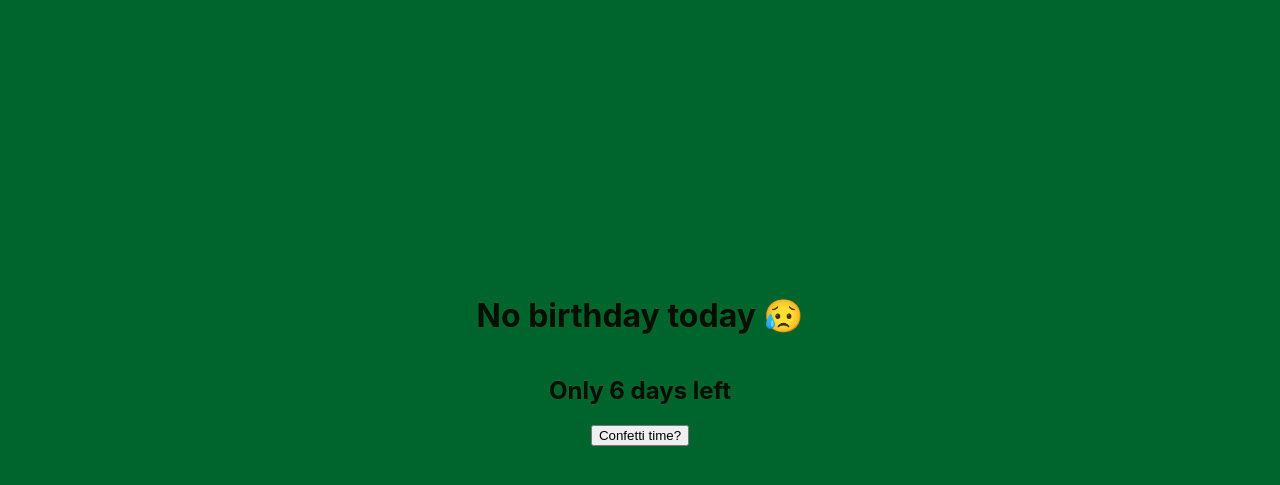
Repository: David-Waite/HannahsBirthdayWebsite
Page: /
An editor plug-in stored every save of this project. The page is shown before and after the next save, followed by the edit.
The browser window is 1280 px wide. The pictures show the whole page.
The project was rebuilt for these pictures with package versions that can differ from the ones it lists, and the page was loaded fresh each time.

Above is the page before, as saved 2023-03-30 18:17:40.

After the next save:
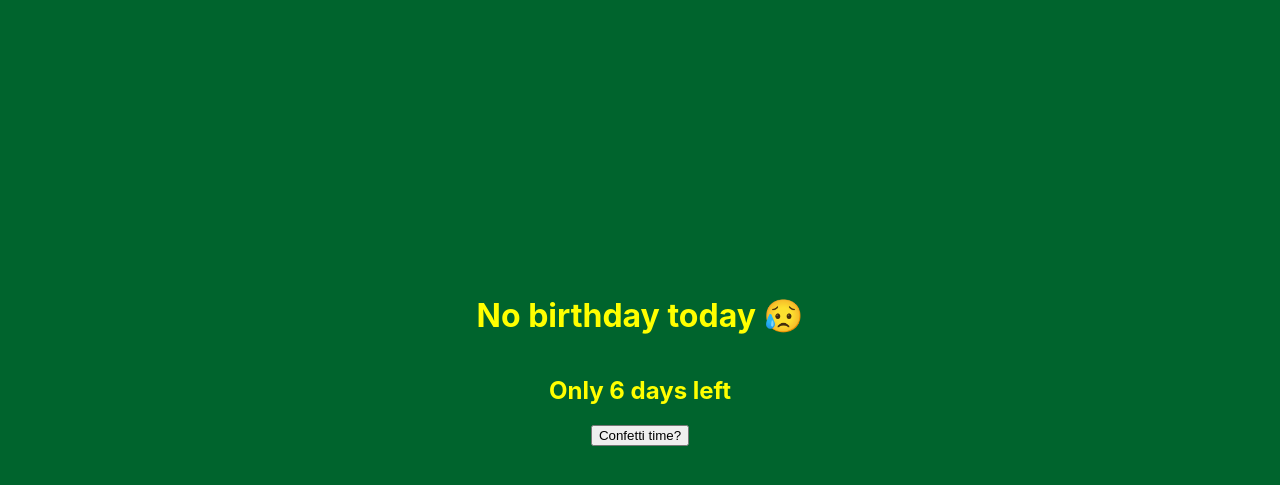
Saved 10 s later.
--- a/src/index.css
+++ b/src/index.css
@@ -15,5 +15,5 @@ body {
   align-items: center;
   justify-content: center;
   background-color: #00642d;
-  color: rgb(2, 15, 2);
+  color: yellow;
 }
